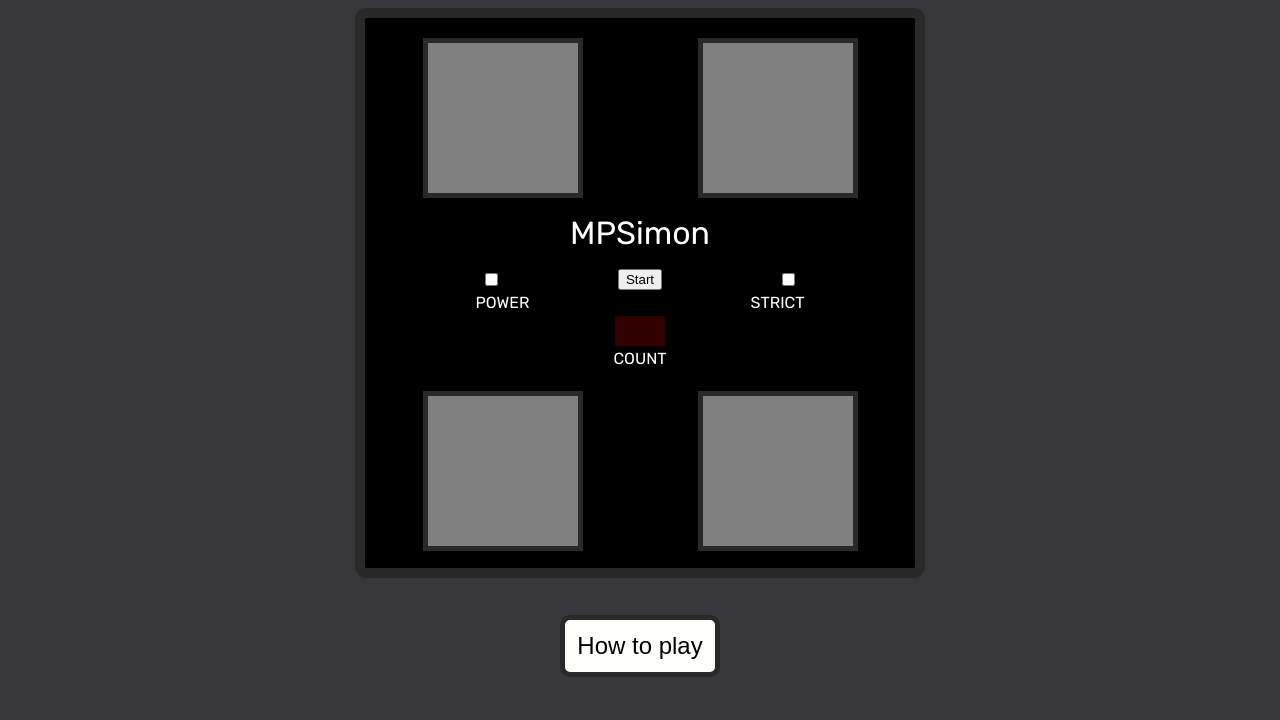
Repository: Neilfoster/MPSimon
Page: index.html
The author's editor kept a record of every edit. The page is drawn from the files as they stood at one moment, then again after the next edit.
The browser window is 1280 px wide. The pictures show the whole page.

Above is the page before.

### index.html
<!DOCTYPE html>

<html>

<head>
    <meta charset="UTF-8">
    <meta http-equiv="X-UA-Compatible" content="IE=edge,chrome=1">
    <meta name="viewport" content="width=device-width,initial-scale=1">
    <link href="https://fonts.googleapis.com/css?family=Rubik&display=swap" rel="stylesheet">
    <title>MPSimon</title>
    <link rel="stylesheet" href="css/style.css">
    <audio id="clip1">
      <source src="audio/hat.mp3"></source>
    </audio>
    <audio id="clip2">
      <source src="audio/kick.mp3"></source>
    </audio>
    <audio id="clip3">
      <source src="audio/snare1.mp3"></source>
    </audio>
    <audio id="clip4">
      <source src="audio/snare2.mp3"></source>
    </audio>
</head>

<body>
    <div id="outer-box">
        <div id="top-row">
            <div id="top-left"></div>
            <div id="top-right"></div>
        </div>
        <div id="inner-box">
            <div id="title" class="text-effect">MPSimon</div>
            <div id="switches">
                <input type="checkbox" class="toggle" id="on">
                <button type="button" id="start">Start</button>
                <input type="checkbox" class="toggle" id="strict">
            </div>
            <div class="text1">
                <span>POWER</span>
                <span>STRICT</span>
            </div>
            <div id="turn"></div>
            <div class="text2">
                COUNT
            </div>
        </div>
        <div id="bottom-row">
            <div id="bottom-left"></div>
            <div id="bottom-right"></div>
        </div>
    </div>

    <div class="rules">
        <button id="modalBtn" class="button">How to play</button>
        <div id="ruleModal" class="modal">
            <div class="modal-content">
                <div class="modal-header">
                    <span class="closeBtn">&times;</span>
                    <h2>How To Play</h2>
                </div>
                <div class="modal-body">
                    <ul>
                        <li>Turn the game on by selecting the power button and then pressing start.</li>
                        <li>MPSimon will give the first signal.</li>
                        <li>Repeat the signal by pressing the same pad.</li>
                        <li>MPSIMON will duplicate the first sound and will add one.</li>
                        <li>Repeat these two sounds by pressing the same pads.</li>
                        <li>MPSIMON will duplicate these first two sounds and add one.</li>
                        <li>Continue in this manner as long as you can repeat each sequence of sound correctly.</li>
                        <li>If you cannot repeat the sequence correctly , MPSIMON will repeat the sequence again until you can.</li>
                        <li>Selecting STRICT mode resets the pattern to the beginning if you get the sequence wrong.</li>
                        <li>To win the game repeat the sequence until it reaches 20 consecutive sounds.</li>
                    </ul>
                </div>
            </div>
        </div>
    </div>
    <script src="js/index.js"></script>
</body>

</html>

### css/style.css
body {
  color:white;
  font-family: 'Rubik', sans-serif;
  line-height: 1.6;
  /*background-image: url("../images/image-2.jpg");*/
  background-color:#37373c;
  background-position: center;
  background-repeat: no-repeat;
  background-size: cover;
}
.header{
  margin:2% 20%;
  padding: 0 5% ;
  border-radius: 10px;
  background: rgba(0,0,0,0.7);
}
.head-title{
  text-align:center;
  font-size:2rem;
  font-family: 'Rubik', sans-serif;
}
#outer-box {
  border: 10px solid #292929 ;
  border-radius: 2%;
  height:550px;
  width:550px;
  margin: auto;
  background-color: black
}
#top-row{
  display: flex;
  flex-direction: row;
  justify-content: space-around;
  margin-top:20px;
}
#bottom-row{
  display: flex;
  flex-direction: row;
  justify-content: space-around;
  margin-top:20px;
}
#inner-box{
  display: flex;
  flex-direction: column;
  justify-content: center;
}
#switches{
  display: flex;
  flex-direction: row;
  justify-content: center;
  }
#top-left {
  border:5px solid #292929;
  height:150px;
  width: 150px;
  background-color: grey;
}
#top-right {
  border: 5px solid #292929;
  height:150px;
  width: 150px;
  background-color: grey;
}
#bottom-left {
  border:5px solid #292929;
  height:150px;
  width: 150px;
  background-color: grey;
}
#bottom-right {
  border: 5px solid #292929;
  height:150px;
  width: 150px;
  background-color: grey;
}
#title {
  display: flex;
  flex-direction: row;
  justify-content: center;
  font-size: 2rem;
  padding: 10px 5px;
}
#turn {
  background: #330000;
  color: red;
  font-family: courier;
  font-size: 20px;
  height: 30px;
  width: 50px;
  text-align: center;
  vertical-align: middle;
  line-height: 30px;
  margin: auto;
}
.toggle {
  margin: auto;
}
.text1 {
  margin: 0;
  display: flex;
  flex-direction: row;
  justify-content: space-around;
  align-items: baseline;
}
.text2 {
  margin: auto;
}
.rules {
  padding: 0px 20px;
}

/*Button*/
.button {
  background-color:#fffffc;
 margin: 3% auto;
  font-size: 1.5rem;
  padding:1%;
  color: #000;
  border-radius:10px;
  display: block;
  text-align: center;
  border:5px solid #292929;
  }
.button:hover{
  background:#333;
}

/*modal*/
.modal{
  display: none;
  position: fixed;
  z-index: 1;
  left:0;top:0;
  height: 100%;
  width:100%;
  overflow: auto;
  background-color: rgba(0,0,0,0.7);
}
.modal-content{
  background-color: #f4f4f4;
  margin: 20% auto;
  color:black;
  width:60%;
  box-shadow: 0 5px 8px 0 rgba(0,0,0,0.2),
              0 7px 20px 0 rgba(0,0,0,0.2);
  animation-name: modalopen;
  animation-duration: 1s;
}
.modal-header{
  background:grey;
  padding:15px;
  color:#fff;
  text-align: center;
}
.modal-body{
  padding: 10px 20px;
}
.closeBtn{
  color: #fff;
  float:right;
  font-size:30px;
}
.closeBtn:hover,.closeBtn:focus{
  color:#000;
  text-decoration:none;
  cursor:pointer;
}
.rules {
  font-family: 'Merriweather', serif;
  font-size:1.2rem;
  display: block;
}
@keyframes modalopen{
  from{ opacity: 0}
  to {opacity: 1}
}


@media only screen and (max-width: 768px) {
  #outer-box {
  border: 10px solid #292929 ;
  border-radius: 2%;
  height:800px;
  width:500px;
  margin: auto;
  background-color: black
}
#inner-box{
  padding:20% 0;
}
.header {
  display:none;
}
}

### js/index.js
//variables
let order = [] ;
let playerOrder = [] ;
let flash ;
let turn ;
let good ;
let compTurn ;
let intervalID ;
let strict = false ;
let noise = true ;
let on = false ;
let win ;

const turnCounter = document.getElementById("turn");
const topLeft = document.getElementById("top-left");
const topRight = document.getElementById("top-right");
const bottomLeft = document.getElementById("bottom-left");
const bottomRight = document.getElementById("bottom-right");
const strictButton = document.getElementById("strict");
const onButton = document.getElementById("on");
const startButton = document.getElementById("start");
// Strick mode setting
strictButton.addEventListener('click', (event) => {
  if (strictButton.checked == true) {
    strict = true;
  } else {
    strict = false;
  }
});
// Counter
onButton.addEventListener('click', (event) => {
  if (onButton.checked == true) {
    on = true;
    turnCounter.innerHTML = "-";
  } else {
    on = false;
    turnCounter.innerHTML = "";
    clearColor();
    clearInterval(intervalId);
  }
});
//Start Button
startButton.addEventListener('click', (event) => {
  if (on || win) {
    play();
  }
});
// Gameplay function
function play() {
  win = false;
  order = [];
  playerOrder = [];
  flash = 0;
  intervalId = 0;
  turn = 1;
  turnCounter.innerHTML = 1;
  good = true;
  for (var i = 0; i < 20; i++) {
    order.push(Math.floor(Math.random() * 4) + 1);
  }
  compTurn = true;
  intervalId = setInterval(gameTurn, 800);
}

function gameTurn() {
  on = false;

  if (flash == turn) {
    clearInterval(intervalId);
    compTurn = false;
    clearColor();
    on = true;
  }

  if (compTurn) {
    clearColor();
    setTimeout(() => {
      if (order[flash] == 1) one();
      if (order[flash] == 2) two();
      if (order[flash] == 3) three();
      if (order[flash] == 4) four();
      flash++;
    }, 200);
  }
}
//pads
function one (){
  if (noise) {
    let audio = document.getElementById('clip1');
    audio.play();
  }
  noise = true;
  topLeft.style.backgroundColor = "#63a785";
}

function two (){
  if (noise) {
    let audio = document.getElementById('clip2');
    audio.play();
  }
  noise = true;
  topRight.style.backgroundColor = "#a76b6b";
}

function three (){
  if (noise) {
    let audio = document.getElementById('clip3');
    audio.play();
  }
  noise = true;
  bottomLeft.style.backgroundColor = "#9da76b";
}

function four (){
  if (noise) {
    let audio = document.getElementById('clip4');
    audio.play();
  }
  noise = true;
  bottomRight.style.backgroundColor = "#6c6ba7";
}

 function clearColor() {
   topLeft.style.backgroundColor = "grey";
   topRight.style.backgroundColor = "grey";
   bottomRight.style.backgroundColor = "grey";
   bottomLeft.style.backgroundColor = "grey";
}
function flashColor() {
  topLeft.style.backgroundColor = "#63a785";
  topRight.style.backgroundColor = "#a76b6b";
  bottomRight.style.backgroundColor = "#9da76b";
  bottomLeft.style.backgroundColor = "#6c6ba7";
}
//Clear flash on pads
topLeft.addEventListener('click', (event) => {
  if (on) {
    playerOrder.push(1);
    check();
    one();
    if(!win) {
      setTimeout(() => {
        clearColor();
      }, 300);
    }
  }
})

topRight.addEventListener('click', (event) => {
  if (on) {
    playerOrder.push(2);
    check();
    two();
    if(!win) {
      setTimeout(() => {
        clearColor();
      }, 300);
    }
  }
})

bottomLeft.addEventListener('click', (event) => {
  if (on) {
    playerOrder.push(3);
    check();
    three();
    if(!win) {
      setTimeout(() => {
        clearColor();
      }, 300);
    }
  }
})

bottomRight.addEventListener('click', (event) => {
  if (on) {
    playerOrder.push(4);
    check();
    four();
    if(!win) {
      setTimeout(() => {
        clearColor();
      }, 300);
    }
  }
})
// Function to check if order correct
function check() {
  if (playerOrder[playerOrder.length - 1] !== order[playerOrder.length - 1])
    good = false;

  if (playerOrder.length ==20 && good) {
    winGame();
  }

  if (good == false) {
    flashColor();
    turnCounter.innerHTML = "NO!";
    setTimeout(() => {
      turnCounter.innerHTML = turn;
      clearColor();
// Strict mode
      if (strict) {
        play();
      } else {
        compTurn = true;
        flash = 0;
        playerOrder = [];
        good = true;
        intervalId = setInterval(gameTurn, 800);
      }
    }, 800);

    noise = false;
  }

  if (turn == playerOrder.length && good && !win) {
    turn++;
    playerOrder = [];
    compTurn = true;
    flash = 0;
    turnCounter.innerHTML = turn;
    intervalId = setInterval(gameTurn, 800);
  }

}
// Function for winning game
function winGame() {
  flashColor();
  turnCounter.innerHTML = "WIN!";
  on = false;
  win = true;
}

////Modal

// Get Modal Element
let modal = document.getElementById("ruleModal");
// Get open modal button
let modalBtn = document.getElementById("modalBtn");
// get close button
let closeBtn = document.getElementsByClassName("closeBtn")[0];

//Listen for  open click
modalBtn.addEventListener('click',openModal);
//Listen for close click
closeBtn.addEventListener('click',closeModal);
//Listen for outside click
window.addEventListener('click', clickOutside)
// Function to open modal
function openModal(){
  modal.style.display = 'block' ;
}
// Function to close modal
function closeModal(){
  modal.style.display = 'none' ;
}
// Function to close modal if outside click
function clickOutside(e){
  if(e.target == modal){
  modal.style.display = 'none' ;
  }
}

After the next edit:
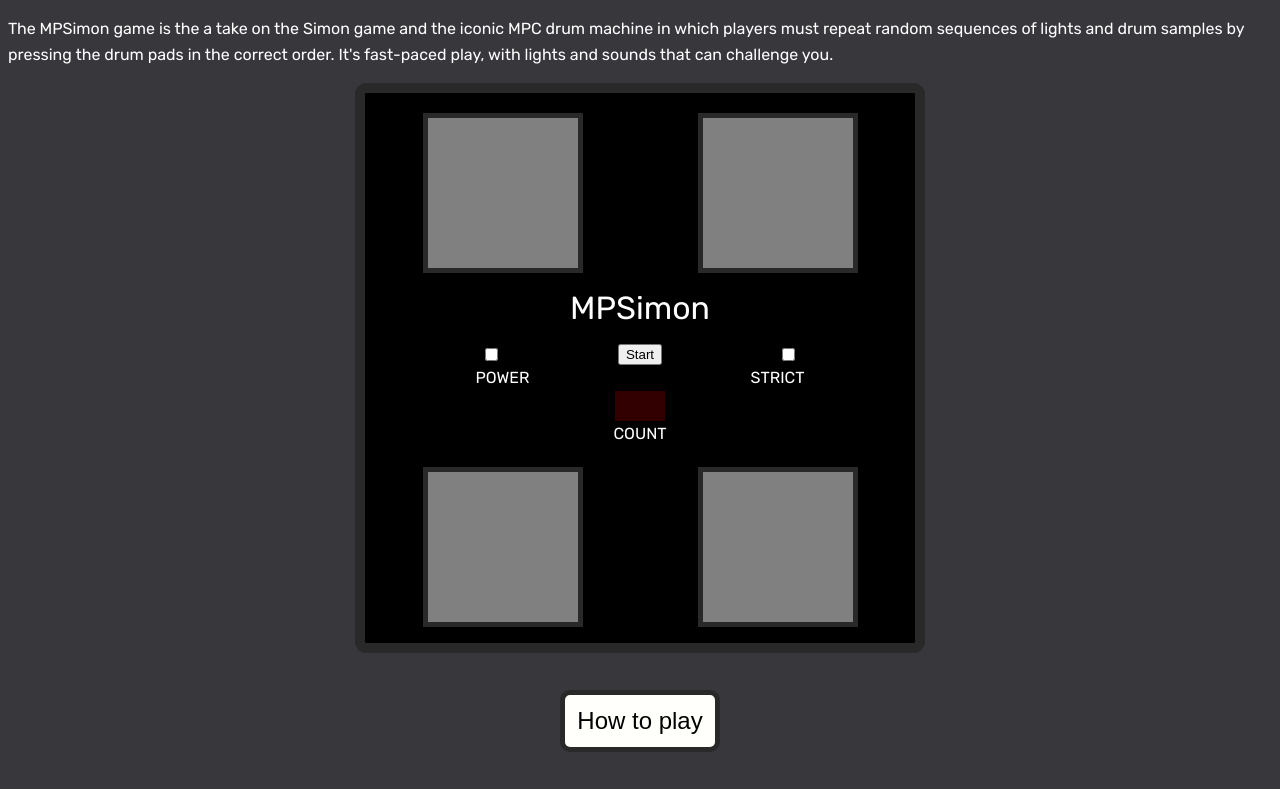
The edit:
--- a/index.html
+++ b/index.html
@@ -24,6 +24,9 @@
 </head>
 
 <body>
+    <div>
+    <p>The MPSimon game is the a take on the Simon game and the iconic MPC drum machine in which players must repeat random sequences of lights and drum samples by pressing the drum pads in the correct order. It's fast-paced play, with lights and sounds
+            that can challenge you.</p>
     <div id="outer-box">
         <div id="top-row">
             <div id="top-left"></div>
